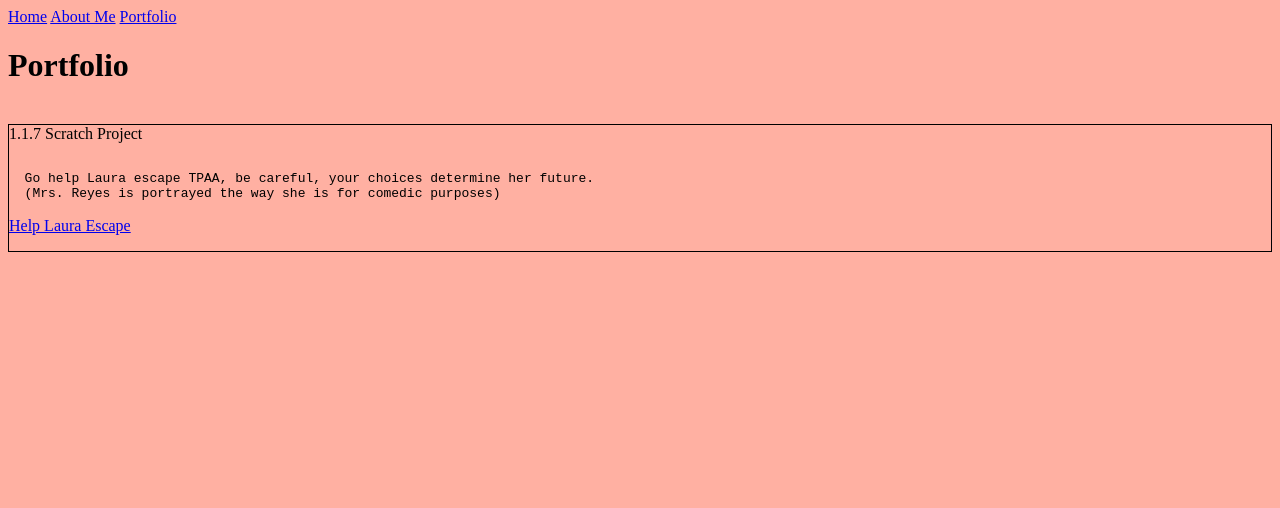
Repository: JDiaz463/JDiaz463.github.io
Page: my_website/portfolio.html
The author's editor kept a record of every edit. The page is drawn from the files as they stood at one moment, then again after the next edit.
The browser window is 1280 px wide. The pictures show the whole page.

Above is the page before.

After the next edit:
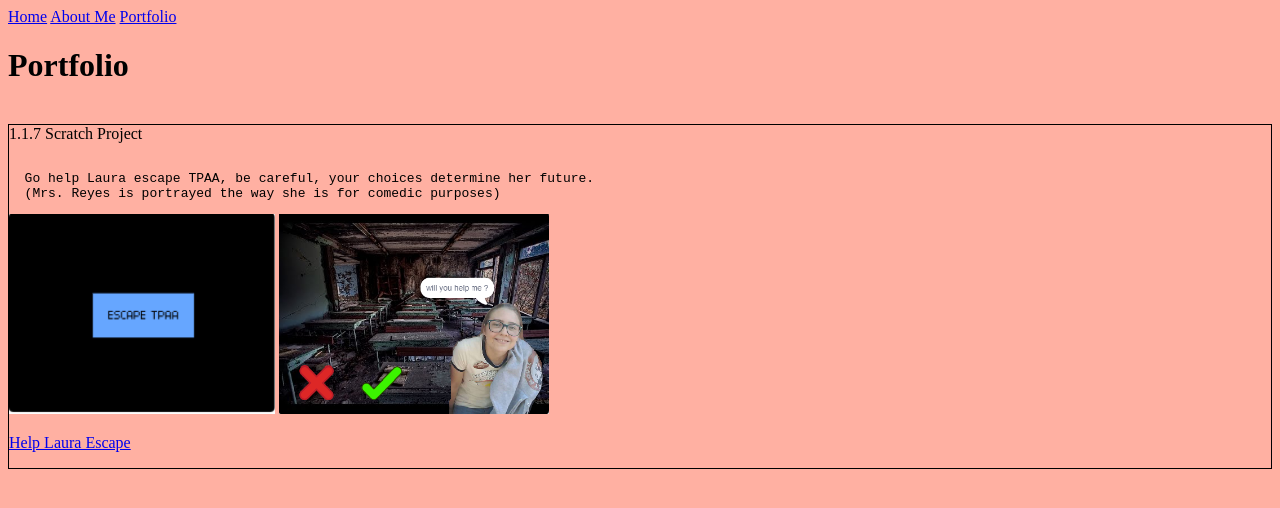
The edit:
--- a/my_website/portfolio.html
+++ b/my_website/portfolio.html
@@ -16,6 +16,8 @@
   Go help Laura escape TPAA, be careful, your choices determine her future.
   (Mrs. Reyes is portrayed the way she is for comedic purposes)</pre>
     </a>
+    <img src="images/gamept.2.PNG" height="200"> <img src="images/gamept.3.png" height="200">
     <p><a href="https://scratch.mit.edu/projects/327037990">Help Laura Escape</a></p>
+    </div>
 	  </body>
 	</html>
